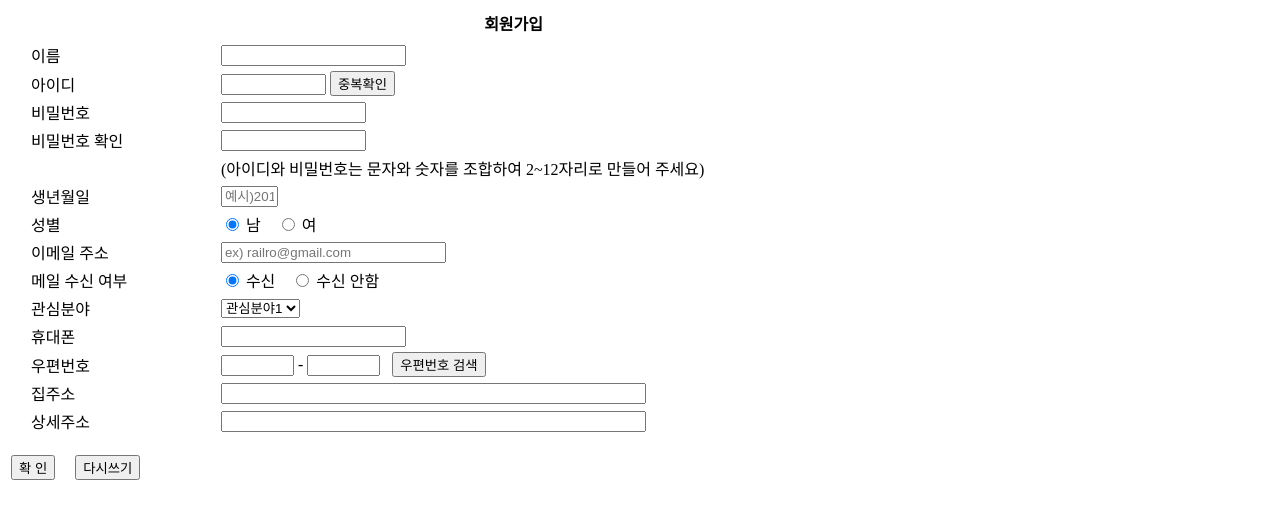
Repository: ekgus419/hckj
Page: http://localhost/Railro/WEB-INF/views/index.jsp
The author's editor kept a copy of each file at every save. The page is drawn from the files as they stood at one save, then again after the next save.
The browser window is 1280 px wide. The pictures show the whole page.
The page is served by Tomcat 9. Nobody is signed in. The template is opened directly, without the code that normally fills it, so the values that code supplies are empty.

Above is the page before, as saved 2016-08-19 12:32:44.

After the next save:
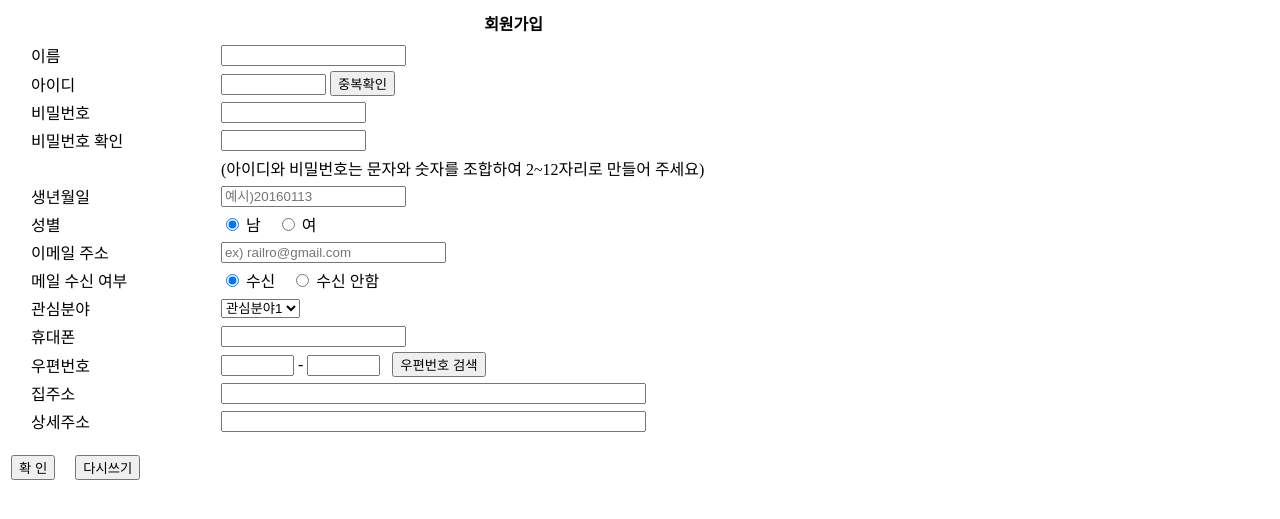
Saved 14 s later.
--- a/Railro/src/main/webapp/WEB-INF/views/index.jsp
+++ b/Railro/src/main/webapp/WEB-INF/views/index.jsp
@@ -68,7 +68,7 @@
 				</td>
 				<td>
 					&nbsp;&nbsp;&nbsp;
-					<input type="text" name="YEAR" size="4" maxlength="8" placeholder="예시)20160113"/>
+					<input type="text" name="YEAR" size="20" maxlength="8" placeholder="예시)20160113"/>
 				</td>
 			</tr>
 			<tr>
